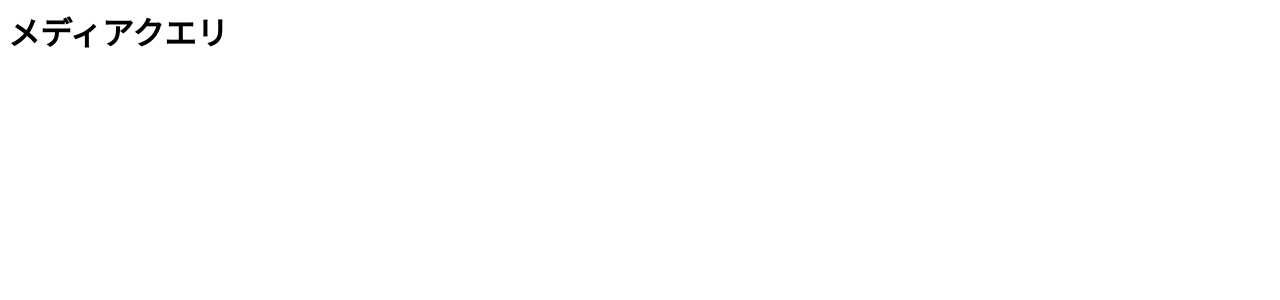
Repository: sachiko23/samurai_HTML-CSS
Page: viewport.html
The author's editor kept a record of every edit. The page is drawn from the files as they stood at one moment, then again after the next edit.
The browser window is 1280 px wide. The pictures show the whole page.

Above is the page before.

After the next edit:
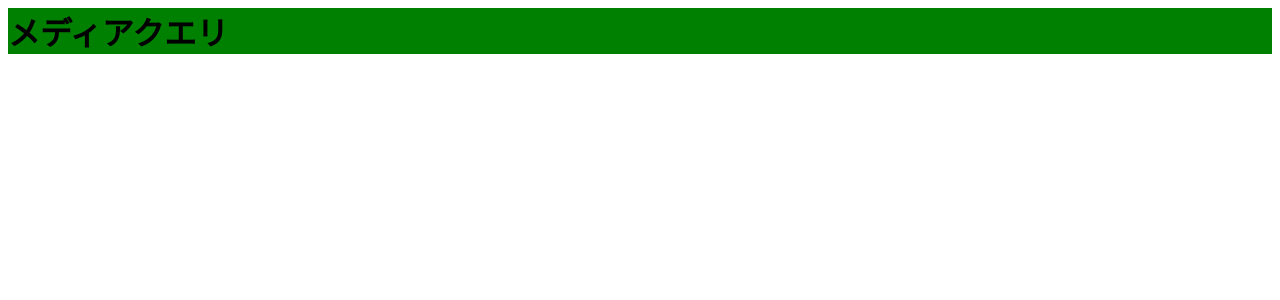
The edit:
--- a/viewport.html
+++ b/viewport.html
@@ -7,7 +7,7 @@
                     background-color: red;
                 }
             }
-            @meta screen and (min-width: 640px) {
+            @media screen and (min-width: 640px) {
                 .media {
                     background-color: green;}
                 }
